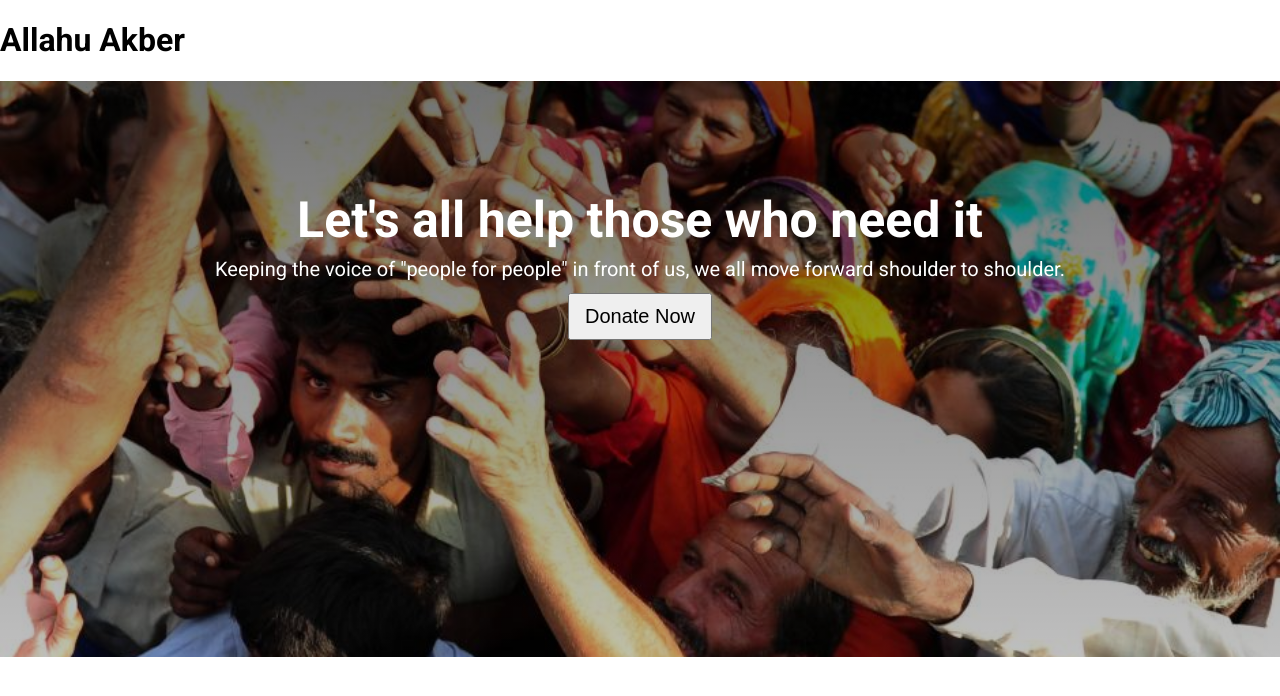
Repository: zjria/suppert-the-helpness
Page: index.html
An editor plug-in stored every save of this project. The page is shown before and after the next save, followed by the edit.
The browser window is 1280 px wide. The pictures show the whole page.

Above is the page before, as saved 2022-08-24 22:03:15.

### index.html
<!DOCTYPE html>
<html lang="en">

<head>
    <meta charset="UTF-8">
    <meta http-equiv="X-UA-Compatible" content="IE=edge">
    <meta name="viewport" content="width=device-width, initial-scale=1.0">
    <title>Support the helpless</title>
    <!-- Google Fonts -->
    <link rel="preconnect" href="https://fonts.googleapis.com">
    <link rel="preconnect" href="https://fonts.gstatic.com" crossorigin>
    <link href="https://fonts.googleapis.com/css2?family=Roboto:wght@100;300;400;500;700;900&display=swap"
        rel="stylesheet">
    <!-- Custom CSS -->
    <link rel="stylesheet" href="style.css">
</head>

<body>
    <h1>Allahu Akber</h1>
    <!-- Header Section -->
    <section class="header_section">
        <div class="header-text">
            <h1>Let's all help those who need it</h1>
            <p>Keeping the voice of "people for people" in front of us, we all move forward shoulder to shoulder.</p>
            <button>Donate Now</button>
        </div>
    </section>
</body>

</html>

### style.css
body {
    font-family: 'Roboto', sans-serif;
    margin: 0%;
    padding: 0%;
}

.header_section {
    background-image: linear-gradient(rgb(0, 0, 0, 0.55), rgb(0, 0, 0, 0.25)), url(images/header.jpg);
    background-position: center;
    background-size: cover;
    width: 100%;
    height: 80vh;
    color: white;
}

.header_section .header-text {
    text-align: center;
    margin: auto;
    justify-content: center;
    align-items: center;
    padding-top: 5%;
}

.header-text h1 {
    font-size: 50px;
    padding: 5px;
    margin-bottom: 1px;
}

.header-text p {
    font-size: 20px;
    padding: 2px;
    margin: 0px 0px 10px 0px;
    font: bolder;
}

.header-text button {
    font-size: 20px;
    padding: 10px 15px;


}

After the next save:
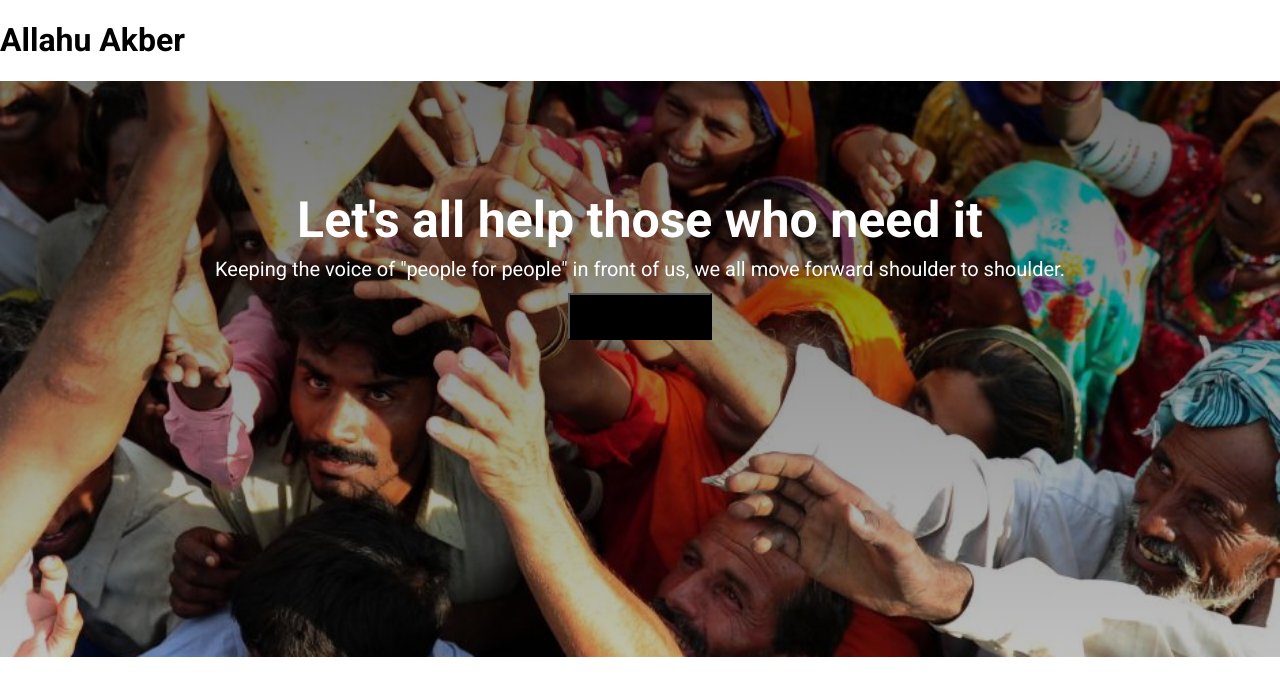
Saved 31 s later.
--- a/style.css
+++ b/style.css
@@ -37,6 +37,7 @@
 .header-text button {
     font-size: 20px;
     padding: 10px 15px;
+    background-color: #000000;
 
 
 }
